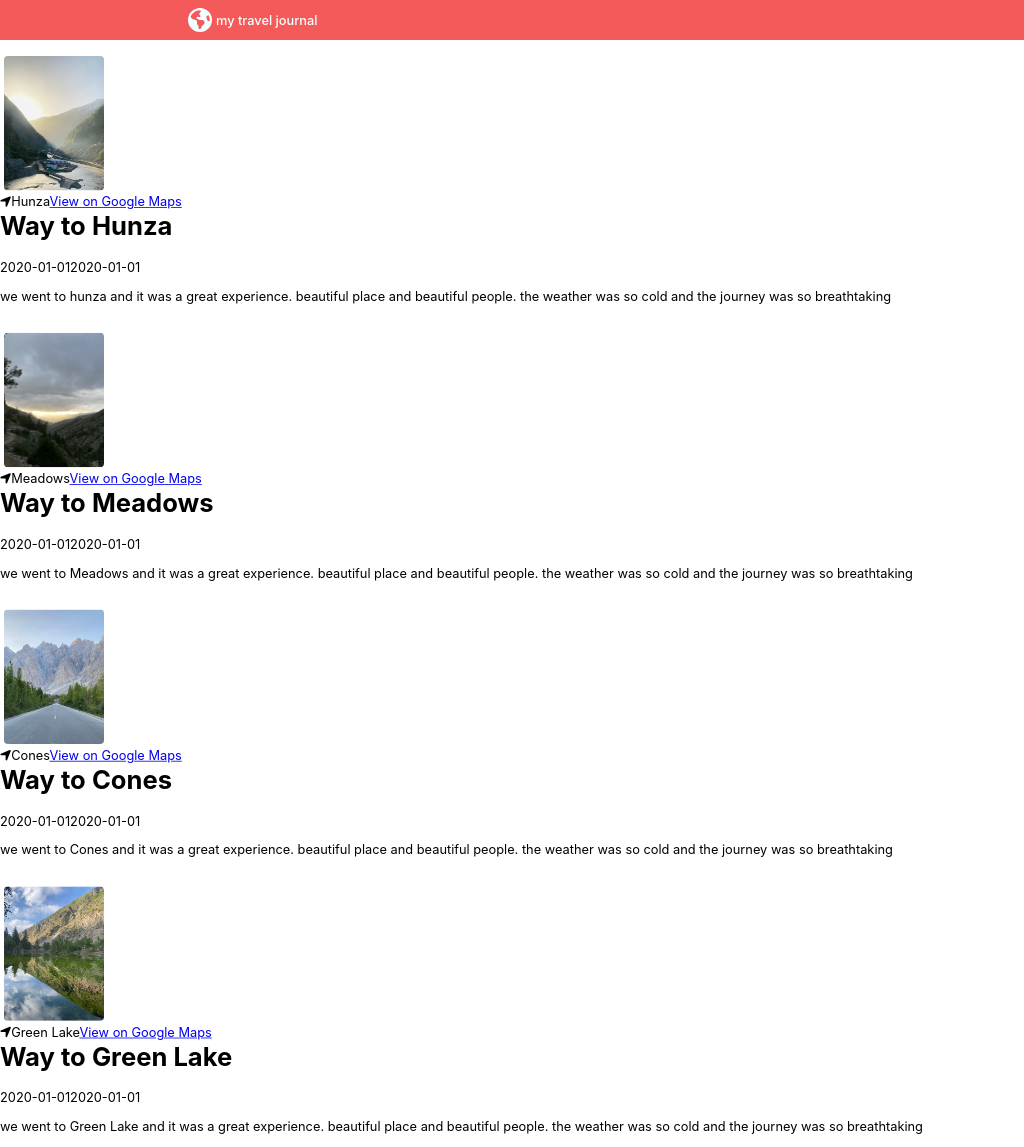
Repository: mortiestmorty1/travel-journal
Page: /
An editor plug-in stored every save of this project. The page is shown before and after the next save, followed by the edit.
The browser window is 1280 px wide. The pictures show the whole page, at 80% of full size.
The project was rebuilt for these pictures with package versions that can differ from the ones it lists, and the page was loaded fresh each time.

Above is the page before, as saved 2024-01-17 15:07:26.

### src/index.css
body {
  margin: 0;
  font-family: -apple-system, BlinkMacSystemFont, 'Segoe UI', 'Roboto', 'Oxygen',
    'Ubuntu', 'Cantarell', 'Fira Sans', 'Droid Sans', 'Helvetica Neue',
    sans-serif;
  -webkit-font-smoothing: antialiased;
  -moz-osx-font-smoothing: grayscale;
}

code {
  font-family: source-code-pro, Menlo, Monaco, Consolas, 'Courier New',
    monospace;
}
* {
  box-sizing: border-box;
  }

### src/App.js
import logo from './logo.svg';
import './App.css';
import Navbar from "./components/navbar";
import Data from "./components/data.js";
import Content from "./components/content.js";

function App() {
  const  Memories = Data.map((item) => {
    return<Content
          key={item.id}
          item={item}
    />
  })
  return (
    <div className="App">
      <Navbar />
      {Memories}
    </div>
  );
}

export default App;

### src/App.css
.Nav-container{
    display: flex;
    justify-content: space-between;
    align-items: center;
    background-color: #F55A5A;
    height: 50px;
}
.navbar{
    display: flex;
    justify-content: space-between;
    align-items: center;
    background-color: #F55A5A;
    margin-left: 230px;
}
.title{
  color: azure;
  font-weight: 500;
  margin-left: 5px;
}
.earth{
  width: 30px;
  height: 30px;
  margin-left: 5px;
  color: azure;
}

.image{
  width: 125px;
  height: 168px;
  margin-left: 5px;
  color: azure;
  border-radius: 5px;
  margin-top: 20px;
}
.content-container{

}
.section1{
  position: absolute;
  width: 100%;
}

.Title{

}

### src/components/navbar.js
import React from "react";
import { FontAwesomeIcon } from "@fortawesome/react-fontawesome";
import { faEarth } from "@fortawesome/free-solid-svg-icons";
import "../App.css";

function Navbar(){
    return(
        <div className="Nav-container">
            <nav className="navbar">
                <FontAwesomeIcon icon={faEarth} className="earth"></FontAwesomeIcon>
                <span className="title">
                        my travel journal
                </span>
            </nav>
        </div>
    )
}
export default Navbar;

### src/components/data.js
import Hunza from "./way-to-hunza.jpeg";
import Meadows from "./way-to-meadows.jpeg";
import Cones from "./cones.jpeg";
import Glake from "./green-lake.jpeg";

export default [
    {
        id:1,
        img: Hunza,
        location: "Hunza",
        googlelink: "https://www.google.com/maps/place/Hunza+Valley,+Gilgit-Baltistan,+Pakistan/",
        Title: "Way to Hunza",
        datestart:"2020-01-01",
        dateend: "2020-01-01",
        description:"we went to hunza and it was a great experience. beautiful place and beautiful people. the weather was so cold and the journey was so breathtaking"
    }
    ,
    {
        id:2,
        img: Meadows,
        location: "Meadows",
        googlelink: "https://www.google.com/maps/place/Meadows,+Gilgit-Baltistan,+Pakistan/",
        Title: "Way to Meadows",
        datestart:"2020-01-01",
        dateend: "2020-01-01",
        description:"we went to Meadows and it was a great experience. beautiful place and beautiful people. the weather was so cold and the journey was so breathtaking"
    }
    ,
    {
        id:3,
        img: Cones,
        location: "Cones",
        googlelink: "https://www.google.com/maps/place/Cones,+Gilgit-Baltistan,+Pakistan/",
        Title: "Way to Cones",
        datestart:"2020-01-01",
        dateend: "2020-01-01",
        description:"we went to Cones and it was a great experience. beautiful place and beautiful people. the weather was so cold and the journey was so breathtaking"
    }
    ,
    {
        id:4,
        img: Glake,
        location: "Green Lake",
        googlelink: "https://www.google.com/maps/place/Green+Lake,+Gilgit-Baltistan,+Pakistan/",
        Title: "Way to Green Lake",
        datestart:"2020-01-01",
        dateend: "2020-01-01",
        description:"we went to Green Lake and it was a great experience. beautiful place and beautiful people. the weather was so cold and the journey was so breathtaking"
    }
]

### src/components/content.js
import React from "react";
import { FontAwesomeIcon } from "@fortawesome/react-fontawesome";
import { faLocationArrow } from "@fortawesome/free-solid-svg-icons";
import "../App.css";
function Content(props){

    return(
        <div className="content-container">
            <img className="image" src={props.item.img}>
            </img>
            <div className="section1">
                <FontAwesomeIcon icon={faLocationArrow} className="Location"></FontAwesomeIcon>
                <span className="location">
                    {props.item.location}
                </span>
                <a href={props.item.googlelink}>View on Google Maps</a>
            </div>
            <h1 className="Title">{props.item.Title}</h1>
            <span className="date-start">{props.item.datestart}</span>
            <span className="date-end">{props.item.dateend}</span>
            <p className="description">{props.item.description}</p>
        </div>
    )
}

export default Content;

Loaded but not shown: public/index.html (common file); src/index.js (common file); src/reportWebVitals.js (common file)

After the next save:
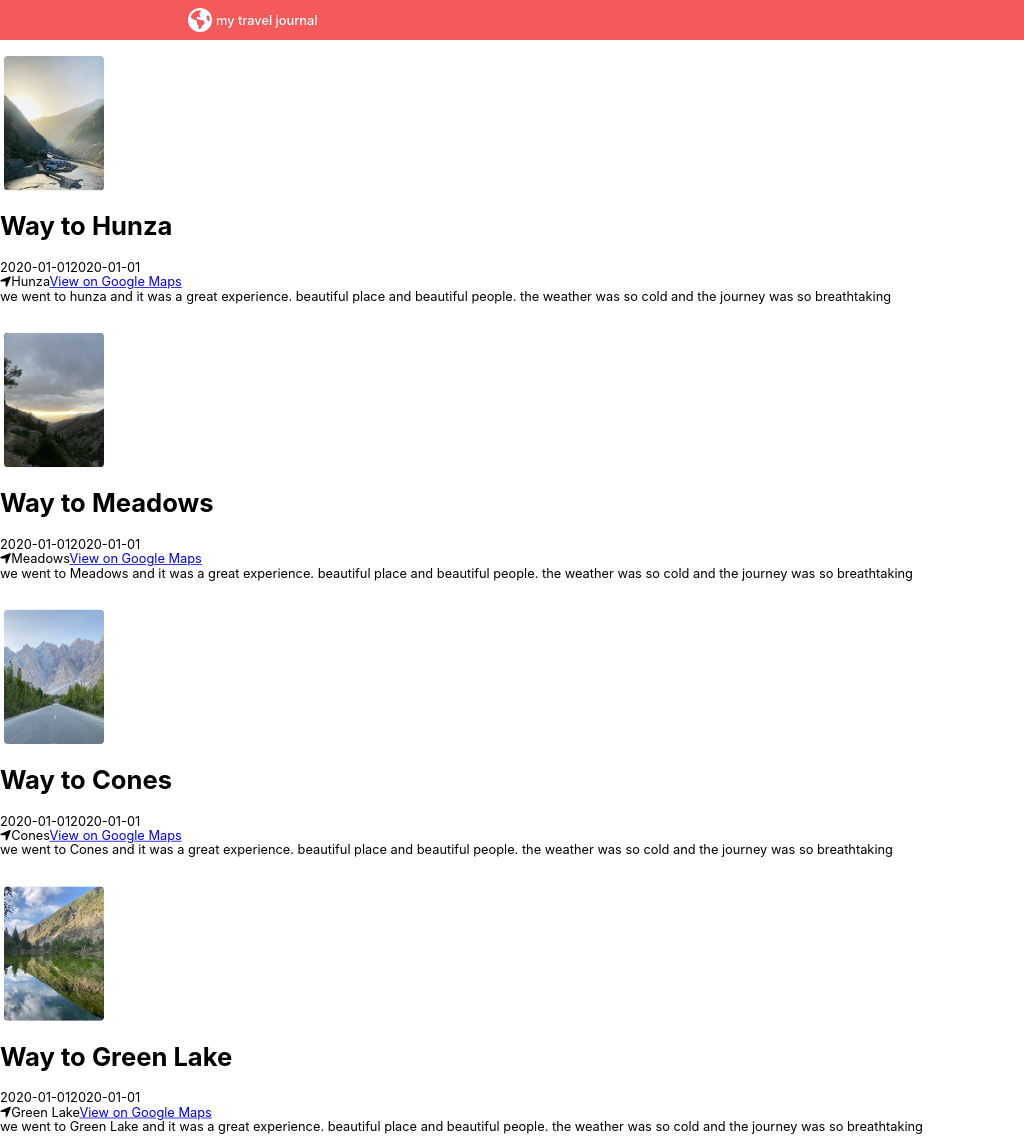
Saved 11 s later.
--- a/src/App.css
+++ b/src/App.css
@@ -37,7 +37,7 @@
 }
 .section1{
   position: absolute;
-  width: 100%;
+  margin-top: 100px;
 }
 
 .Title{

After the save that followed:
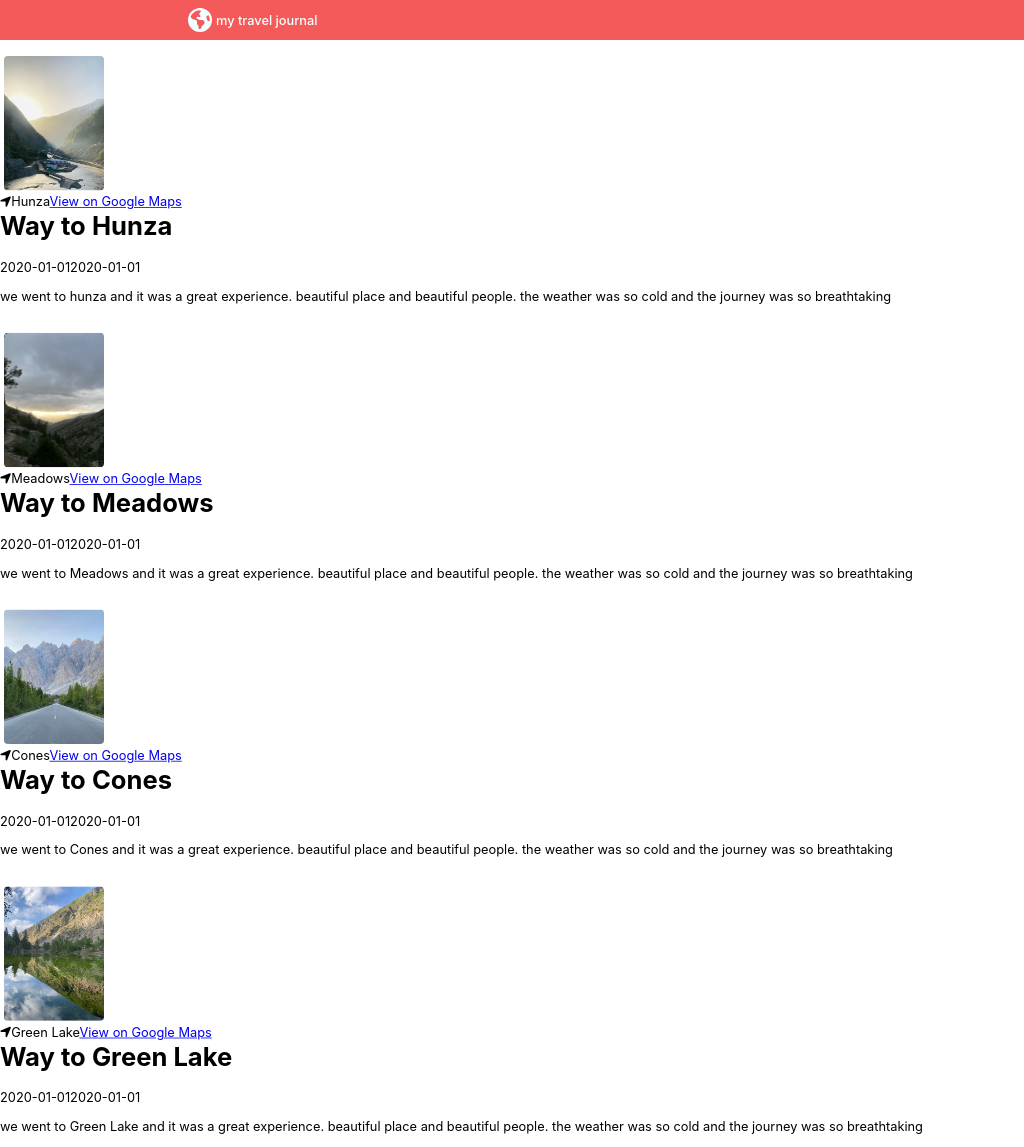
Saved 12 s later.
--- a/src/App.css
+++ b/src/App.css
@@ -37,7 +37,7 @@
 }
 .section1{
   position: absolute;
-  margin-top: 100px;
+  margin-bottom: 100px;
 }
 
 .Title{
